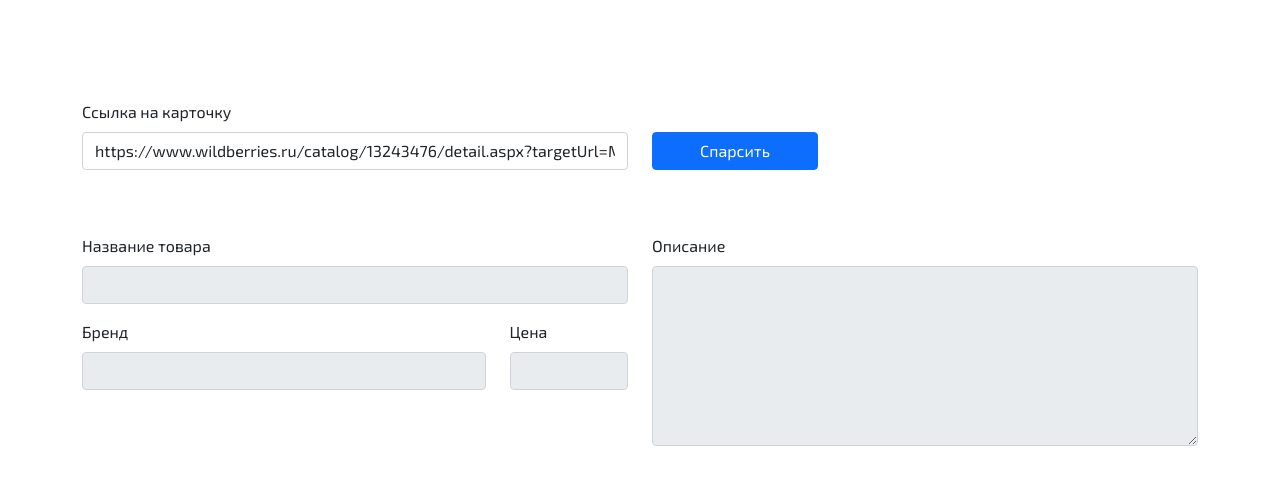
Repository: yozuul/wildberries-product-card-parser-api-exchange
Page: public/panel.html
The author's editor kept a copy of each file at every save. The page is drawn from the files as they stood at one save, then again after the next save.
The browser window is 1280 px wide. The pictures show the whole page.

Above is the page before, as saved 2021-08-20 06:49:38.

### public/panel.html
<!DOCTYPE html>
<html lang="en">

<head>
   <meta charset="UTF-8">
   <meta http-equiv="X-UA-Compatible" content="IE=edge">
   <meta name="viewport" content="width=device-width, initial-scale=1.0">
   <title>Document</title>
   <link href="https://cdn.jsdelivr.net/npm/bootstrap@5.1.0/dist/css/bootstrap.min.css" rel="stylesheet"
      integrity="sha384-KyZXEAg3QhqLMpG8r+8fhAXLRk2vvoC2f3B09zVXn8CA5QIVfZOJ3BCsw2P0p/We" crossorigin="anonymous">
   <link rel="stylesheet" href="style.css">
</head>

<body>
   <div class="container">
      <div class="row align-items-end">
         <div class="mb-3 col-6">
            <label for="cardProductURL" class="form-label">Ссылка на карточку</label>
            <input type="text" class="form-control" id="cardProductURL" value="https://www.wildberries.ru/catalog/13243476/detail.aspx?targetUrl=MI">
         </div>
         <div class="col-2 mb-3">
            <button id="parseCard" class="btn btn-primary col-12">
               <span id="parseCard_inactive">Спарсить</span>
               <div id="parseCard_active" class="spinner dn">
                  <span class="sr-only">Парсим</span>
                  <span class="spinner-grow spinner-grow-sm" role="status" aria-hidden="true"></span>
               </div>
            </button>
         </div>
         <div class="col-2 mb-3">
            <button id="saveCard" class="btn btn-success col-12 dn">
               <span id="saveCard_inactive">Добавить</span>
               <div id="saveCard_active" class="spinner dn">
                  <span class="sr-only">Добавляем</span>
                  <span class="spinner-grow spinner-grow-sm" role="status" aria-hidden="true"></span>
               </div>
            </button>
         </div>
      </div>
   </div>
   <form class="container mt-5">
      <div class="row">
         <div class="col">

            <div class="mb-3">
               <label for="productName" class="form-label">Название товара</label>
               <input type="text" class="form-control" id="productName" readonly>
            </div>

            <div id="productExtras_wrapper" class="row mb-3 dn">
               <div  class="col-6">
                  <label for="productCategory" class="form-label">Категория</label>
                  <select id="productCategory" class="form-select">
                   </select>
               </div>
               <div class="col-6">
                  <label for="productTnved" class="form-label">Тнвэд</label>
                  <select id="productTnved" class="form-select">
                   </select>
               </div>
            </div>

            <div class="row mb-3">
               <div  class="col-9">
                  <label for="productBrand" class="form-label">Бренд</label>
                  <input type="text" class="form-control" id="productBrand" readonly>
                   </select>
               </div>
               <div class="col-3">
                  <label for="productTnved" class="form-label">Цена</label>
                  <input type="text" class="form-control" id="productPrice" readonly>
                   </select>
               </div>
            </div>

            <div id="productImages_wrapper" class="mb-3 dn">
               <label for="productImages" class="form-label">Изображения</label>
               <div id="productImages" class="row"></div>
            </div>
         </div>
         <div class="col">
            <div id="productConsist_wrapper " class="mb-3 dn">
               <label for="productConsist" class="form-label">Состав</label>
               <input type="text" class="form-control" id="productConsist">
            </div>
            <div class="mb-3">
               <label for="productDesc" class="form-label">Описание</label>
               <textarea type="text" class="form-control" id="productDesc" readonly></textarea>
            </div>
            <div id="productParams_wrapper" class="mb-3 dn">
               <label class="form-label">Характеристики</label>
               <table id="productParams_table">
               </table>
            </div>
         </div>
      </div>
   </form>
   <script src="panel.js"></script>
</body>
</html>

### public/style.css
@import url('https://fonts.googleapis.com/css2?family=Exo+2&display=swap');

* {
   font-family: 'Exo 2', sans-serif;
}

body {
   padding: 0;
   margin: 0;
   padding-bottom: 100px;
   padding-top: 100px;
}
.dn {
   display: none;
}
.parser_form_wrapper {
   margin-top: 50px;
}
#productDesc {
   height: 180px;
}
/* .imageItem {
   max-width: 100px;
   margin-right: 5px;
} */
.imageItem img {
   max-width: 100%;
   height: auto;
   margin-bottom: 20px;
}
#productParams_table th {
   width: 60%;
   /* text-align: right;
   padding-right: 40px; */
}
#productParams_table td {
   width: 40%;
}
/* .productImages {
   display: flex;
} */

/* .productFormWrapper, .parseFormWrapper {
   max-width: 1200px;
   margin: auto;
   padding-top: 25px;
   padding-bottom: 25px;
}
.parseFormWrapper {
   border-bottom: 1px dotted #9999;
}
.productFormWrapper {
   display: flex;
}
.productFormWrapperLeft {
   margin-right: 50px;
}
.parseForm {
   display: flex;
   flex-wrap: wrap;
   max-width: 550px;
}
.parseForm input {
   width: 550px;
   margin-bottom: 20px;
}
.productForm {
}
.productForm input, .productForm textarea {
   width: 550px;
}
.productForm textarea {
   height: 100px;
   resize: none;
}
.parseFormWrapper p, .productFormWrapper p {
   margin-bottom: 8px;
   margin-top: 0;
}
.inputWrapper {
   margin-bottom: 15px;
} */

### public/panel.js
const query = (el) => document.querySelector(el)
const queryAll = (el) => document.querySelectorAll(el)

class Panel {
   constructor(api, button, element, input) {
      this.api = api
      this.button = button
      this.element = element
      this.input = input
   }

   waitParse() {
      this.parseButtonControl()

   }

   toggleSpinner(mode) {
      if(mode == 'on') {
         this.element.parseCard_inactive.classList.add('dn')
         this.button.parseCard.setAttribute('disbale', '')
         this.element.parseCard_active.classList.remove('dn')
      } else {
         this.element.parseCard_active.classList.add('dn')
         this.button.parseCard.removeAttribute('disbale')
         this.element.parseCard_inactive.classList.remove('dn')
      }
   }

   parseButtonControl() {
      this.button.parseCard.onclick = async () => {
         this.cleanHideDynamicBlocks()
         this.toggleSpinner('on')
         // Получение данных
         let parseData = await this.apiFetch(this.api.parseCard, {data: input.cardProductURL.value})
         parseData.extras = await this.apiFetch(this.api.getAdditionalCardData, parseData)

         this.passDataToFields(parseData)
      }
   }

   passDataToFields(data) {
      console.log(data);
      // Основные данные товара
      const commonDataFields = {
         cardProductName: input.cardProductName,
         cardProductBrand: input.cardProductBrand,
         cardProductPrice: input.cardProductPrice
      }
      for(let input in commonDataFields) {
         commonDataFields[input].removeAttribute('readonly')
         commonDataFields[input].value = data[input]
      }

      // Изображения
      if(data.cardProductImages) {
         this.element.productImages_wrapper.classList.remove('dn')
         data.cardProductImages.reverse()
         const imagesBlock = query('#productImages')
         let imgNum = 0
         for(let image of data.cardProductImages) {
            const divTag = `<div class='col-3 imageItem'><img src="${image}"></div>`
            imagesBlock.insertAdjacentHTML('afterbegin', divTag)
            imgNum++
         }
      }
      // Состав
      const detailConsist = data.details.consist
      if(detailConsist) {
         element.productConsist_wrapper.classList.remove('dn')
         input.productConsist.value = detailConsist
      } else {
         element.productConsist_wrapper.classList.add('dn')
      }
      // Описание
      const detailDesc = data.details.desc
      if(detailDesc) {
         textarea.desc.removeAttribute('readonly')
         textarea.desc.value = detailDesc
      }
      // Характеристики
      const detailParams = data.details.params
      if(detailParams) {
         element.productParams_wrapper.classList.remove('dn')

         for(let name in detailParams) {
            const paramRow = `<tr><th>${name}</th><td>${detailParams[name]}</td></tr>`
            element.productParams_table.insertAdjacentHTML('afterbegin', paramRow)
         }
      } else {
         element.productParams_wrapper.classList.add('dn')
      }
      // Категория
      const direcoryList = data.extras.direcoryList
      if(direcoryList) {
         let num = 1
         for(let direcory in direcoryList) {
            const dirOptionRow = `<option value="${num}">${direcory}</option>`
            select.productCategory.insertAdjacentHTML('afterbegin', dirOptionRow)
            num++
         }
         element.productExtras.classList.remove('dn')
      }
      // ТВЭНД
      const tvendList = data.extras.tnvedList
      if(tvendList) {
         let num = 1
         for(let tvend of tvendList) {
            const tvendOptionRow = `<option value="${num}">${tvend.tnvedCode}${tvend.description}</option>`
            select.productTnved.insertAdjacentHTML('afterbegin', tvendOptionRow)
            num++
         }
         element.productExtras.classList.remove('dn')
      }

      this.button.saveCard.classList.remove('dn')
      this.toggleSpinner('off')
   }

   async apiFetch(apiURL, jsonData) {
      try {
         const response = await fetch(apiURL, {
            method: 'POST',
            body: JSON.stringify(jsonData),
            headers: { 'Content-Type': 'application/json' }
         })
         return await response.json()
      } catch (error) {
         console.error('Error fetching:', error);
      }
   }

   cleanHideDynamicBlocks() {
      // Кнопка сохранения
      this.button.saveCard.classList.add('dn')
      // Блок изображений
      this.element.productImages_wrapper.classList.add('dn')
      // Блок характеристик
      this.element.productParams_wrapper.classList.add('dn')
      // Блок категорий
      this.element.productExtras.classList.add('dn')
      // Удаляем изображения и характеристики
      const cleanInside = [
         queryAll('#productImages div'),
         queryAll('#productParams_table tr'),
         queryAll('#productExtras_wrapper option')
      ]
      for(let items of cleanInside) {
         if(items.length > 0) {
            Array.from(items).map((i) => i.remove())
         }
      }
   }
}
// Запросы на внутренний API
const api = {
   parseCard: 'http://localhost:3000/parseCard',
   getAdditionalCardData: 'http://localhost:3000/getAdditionalCardData',
   saveCard: 'http://localhost:3000/saveCard',
}
// Поля формы
const input = {
   cardProductURL: query('#cardProductURL'),
   cardProductName: query('#productName'),
   cardProductBrand: query('#productBrand'),
   cardProductPrice: query('#productPrice'),
   productConsist: query('#productConsist'),
   productDesc: query('#productDesc'),
}
// Кнопки управления формой
const button = {
   parseCard: query('#parseCard'),
   saveCard: query('#saveCard'),
}
// Селекты
const select = {
   productCategory: query('#productCategory'),
   productTnved: query('#productTnved'),
}
// Интерактивные элементы
const element = {
   parseCard_inactive: query('#parseCard_inactive'),
   parseCard_active: query('#parseCard_active'),
   saveCard_inactive: query('#saveCard_inactive'),
   saveCard_active: query('#saveCard_active'),
   productExtras: query('#productExtras_wrapper'),
   productImages_wrapper: query('#productImages_wrapper'),
   productConsist_wrapper: query('#productConsist_wrapper'),
   productParams_wrapper: query('#productParams_wrapper'),
   productParams_table: query('#productParams_table'),
}
const textarea = {
   desc: query('#productDesc')
}

new Panel(api, button, element, input, select).waitParse()



// sendData(data, field, params) {
//    let newData = this.jsonData()
//    data.name = field.name.value
//    data.brand = field.brand.value
//    data.price = field.price.value
//    data.details.consist = params.consist.value
//    data.details.desc = params.desc.value
//
//    const saveCardButton = this.query('#saveCard')
//    saveCardButton.onclick = () => {
//       this.fetchData(this.api.parseCard, data)
//    }
// }
// // const parseQuery = '#passCardURL'
// const urlPassCardButton = this.query(parseButtonQuery)
// this.parseButtonClick(parseButtonQuery, urlPassCardButton)
// // Кнопка парсинга
// const parseInactive = query(`.parseInactive`)
// const parseActive = this.query(`${parseButtonQuery} .parseActive`)
//
// const inputCardURL = this.query('#cardProductURL').value
// // Кнопка добавления
// const saveCardButton = this.query('#saveCard')
// const saveCardInactive = this.query('#saveCardInactive')
// const saveCardActive = this.query('#saveCardActive')

After the next save:
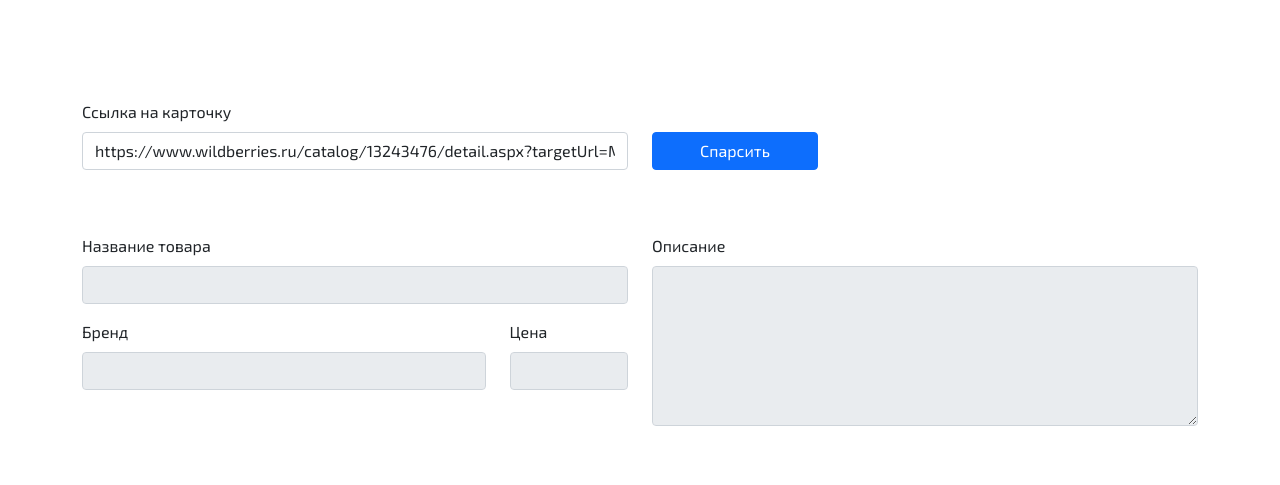
Saved 64 s later.
--- a/public/style.css
+++ b/public/style.css
@@ -17,7 +17,7 @@ body {
    margin-top: 50px;
 }
 #productDesc {
-   height: 180px;
+   height: 160px;
 }
 /* .imageItem {
    max-width: 100px;
